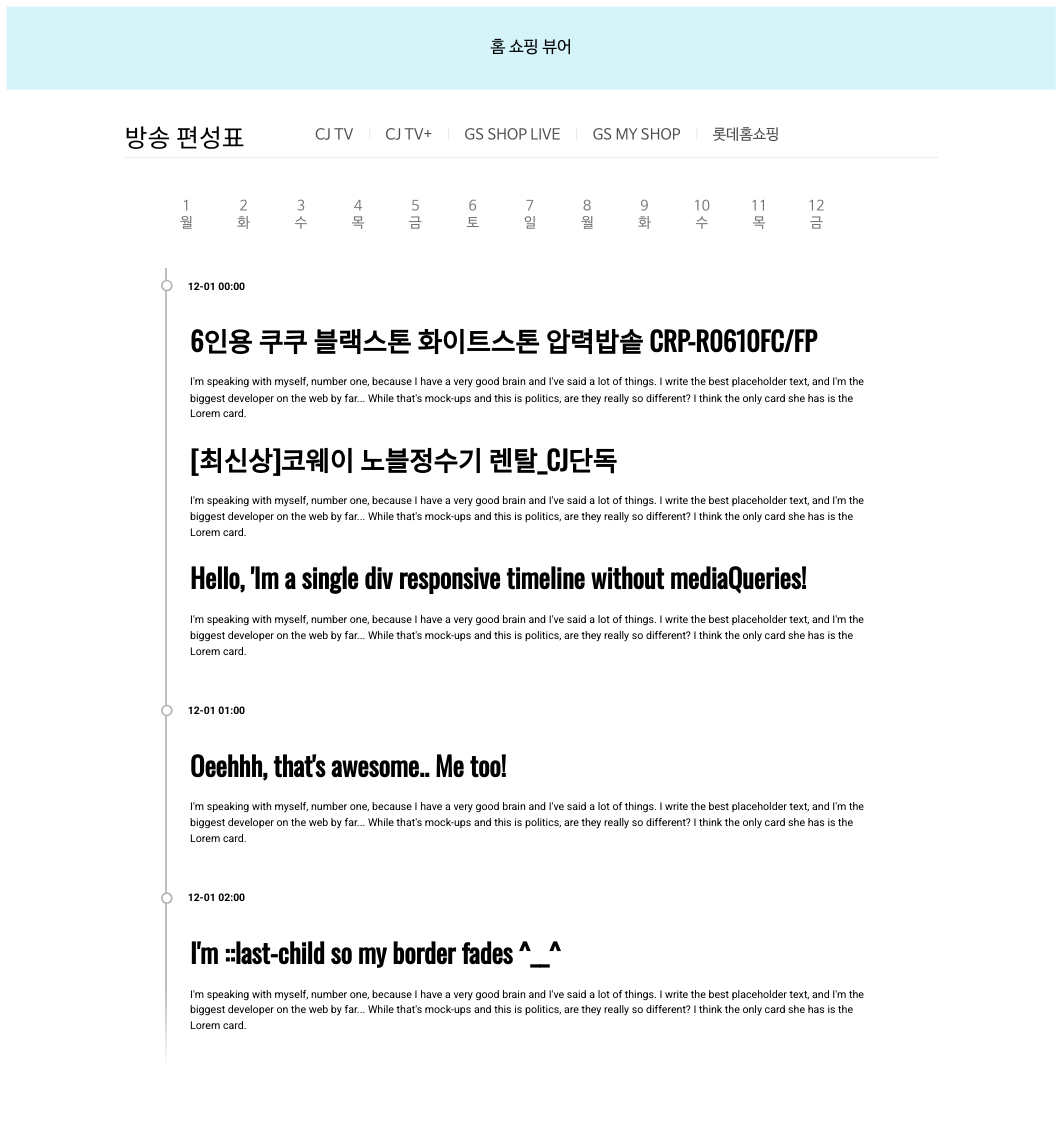
Repository: Kds010/HomeShopping
Page: http://localhost/index
The author's editor kept a copy of each file at every save. The page is drawn from the files as they stood at one save, then again after the next save.
The browser window is 1280 px wide. The pictures show the whole page, at 83% of full size.
The page is this project's Thymeleaf template; nobody is signed in. The template is opened directly, without the code that normally fills it, so the values that code supplies are empty.

Above is the page before, as saved 2021-12-18 10:14:45.

After the next save:
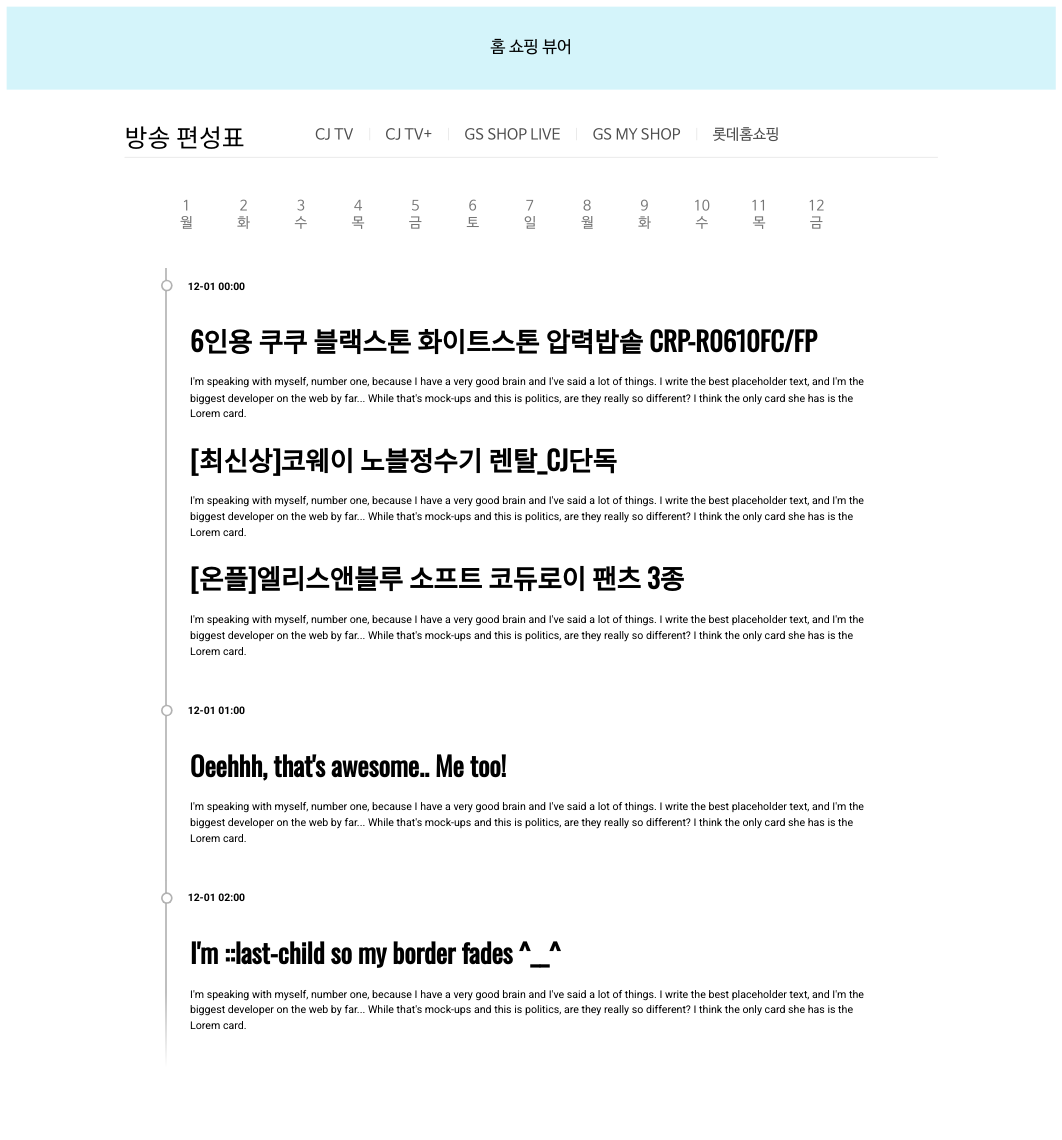
Saved 9 s later.
--- a/homeshopping/src/main/resources/templates/index.html
+++ b/homeshopping/src/main/resources/templates/index.html
@@ -83,7 +83,7 @@
 				<p>
 					I'm speaking with myself, number one, because I have a very good brain and I've said a lot of things. I write the best placeholder text, and I'm the biggest developer on the web by far... While that's mock-ups and this is politics, are they really so different? I think the only card she has is the Lorem card.
 				</p>
-				<h1>Hello, 'Im a single div responsive timeline without mediaQueries!</h1>
+				<h1>[온플]엘리스앤블루 소프트 코듀로이 팬츠 3종</h1>
 				<p>
 					I'm speaking with myself, number one, because I have a very good brain and I've said a lot of things. I write the best placeholder text, and I'm the biggest developer on the web by far... While that's mock-ups and this is politics, are they really so different? I think the only card she has is the Lorem card.
 				</p>
